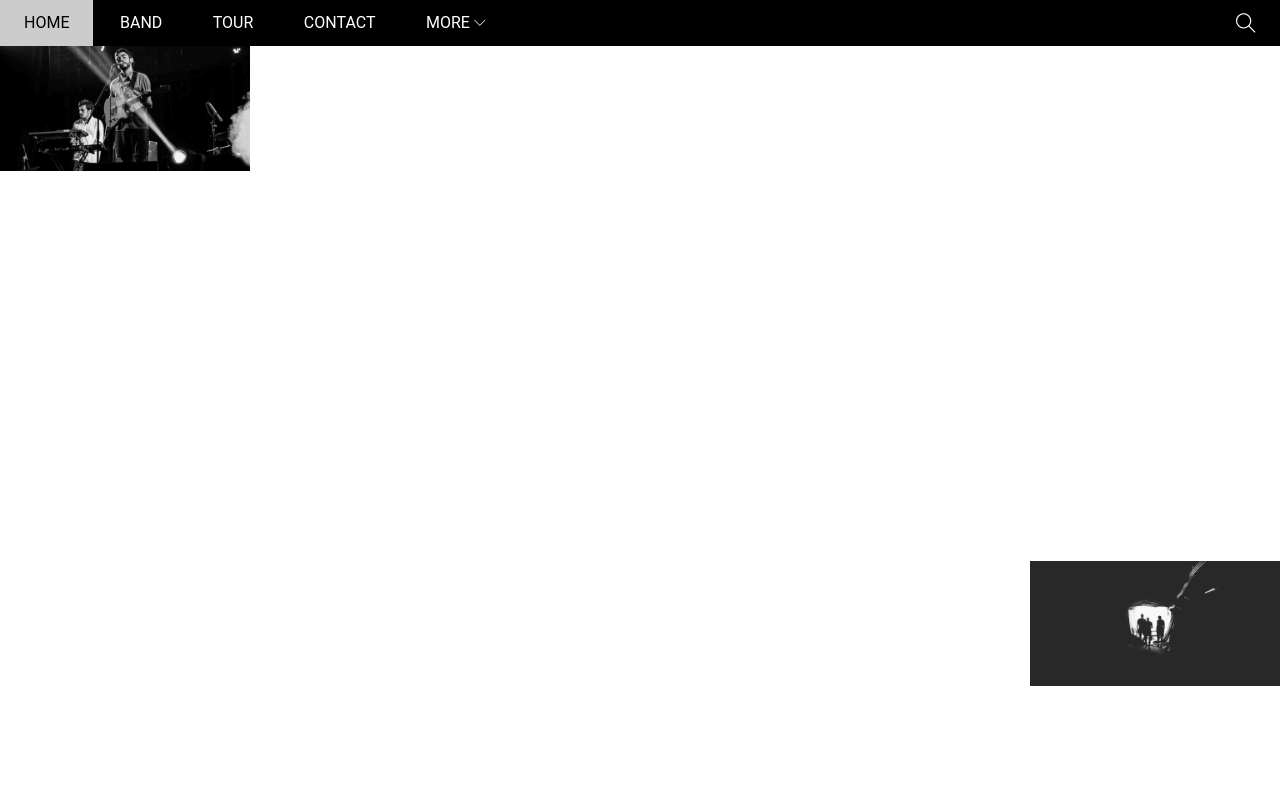
Repository: vuongld315/myLandingPage
Page: index.html
These files come from the project's save history. The page is drawn as it stood at one moment and after a run of saves; the edit follows.
The browser window is 1280 px wide. The pictures show the whole page.

Above is the page before, as saved 2022-07-22 13:29:41.

After the next 3 saves:
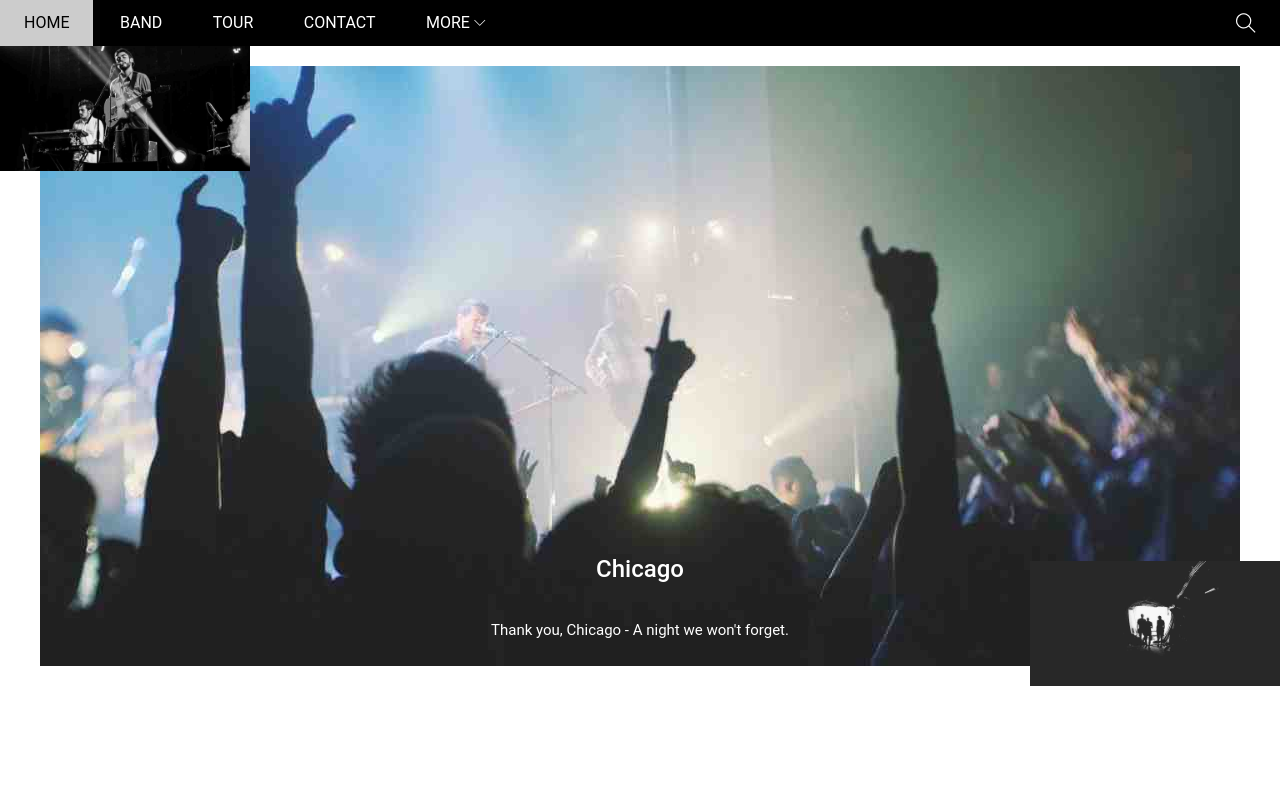
The 3 saves are shown as one change because they came seconds apart.
The last was saved 11 s later.
--- a/assets/css/main.css
+++ b/assets/css/main.css
@@ -123,7 +123,7 @@ body    {
     padding-top: 50%;
     background:
     url('/assets/img/slider1.jpg') left top no-repeat,
-    url('/assets/img/slider2.jpg') right bottom  no-repeat;
+    url('/assets/img/slider2.jpg') right bottom  no-repeat,
     url('/assets/img/slider3.jpg') center center no-repeat;
     background-size: 250px,250px,auto;
     position: relative;
